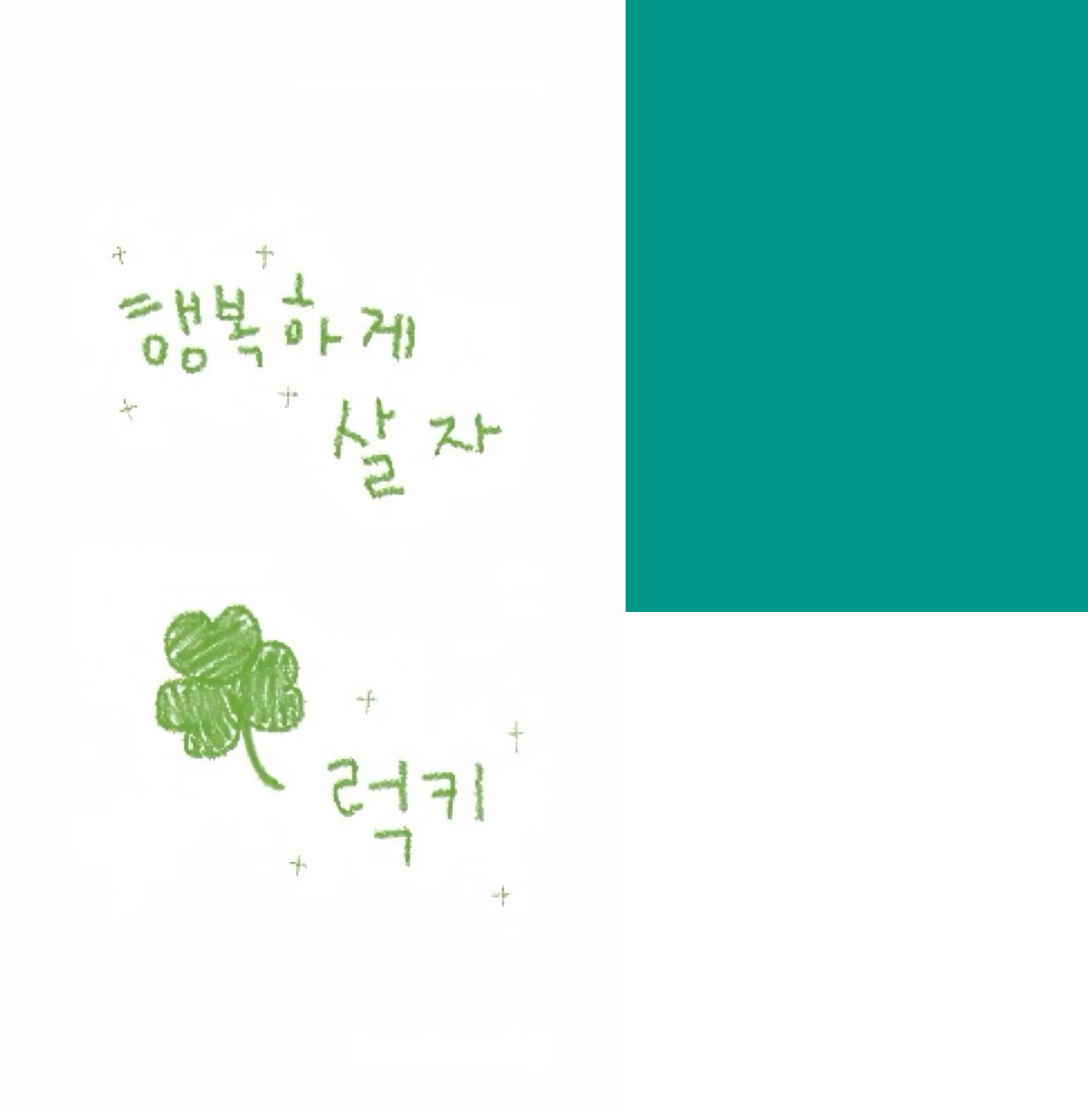
Repository: rwanda95do/bitcamp
Page: FrontProject/src/main/webapp/html/login.html
An editor plug-in stored every save of this project. The page is shown before and after the next save, followed by the edit.
The browser window is 1280 px wide. The pictures show the whole page, at 85% of full size.

Above is the page before, as saved 2024-08-30 07:11:51.

### FrontProject/src/main/webapp/html/login.html
<!DOCTYPE html>
<html lang="en">
<head>
<meta charset="UTF-8">
<meta name="viewport" content="width=device-width, initial-scale=1.0">
<title>Flexbox Layout</title>
<style>
body {
	margin: 0;
	height: 100vh;
	display: flex;
	flex-direction: row;
}

.left, .right {
	flex: 2; /* 두 영역을 동일하게 나눕니다 */
	height: 100%;
}

.left {
	background-color: #f8b400;
}
.left img{
	background-color: #f8b400;
}



.right {
	background-color: #009688;
}

</style>
</head>
<body>
	<div class="left">
		<img alt="" src="../image/login01.jpg">
	</div>
	<div class="right"></div>
</body>
</html>

After the next save:
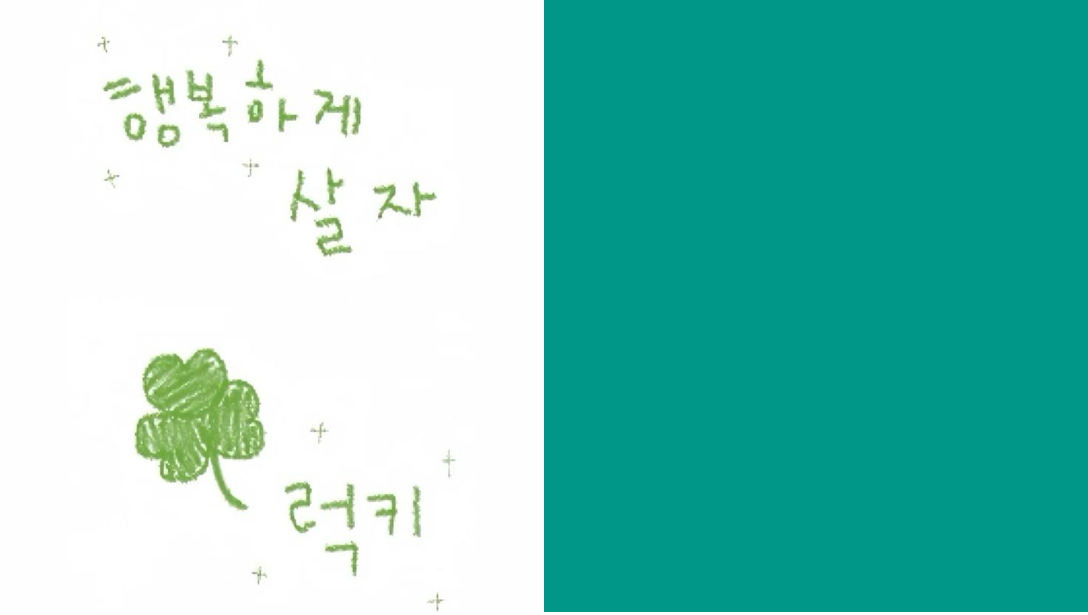
Saved 36 s later.
--- a/FrontProject/src/main/webapp/html/login.html
+++ b/FrontProject/src/main/webapp/html/login.html
@@ -21,7 +21,10 @@
 	background-color: #f8b400;
 }
 .left img{
-	background-color: #f8b400;
+	width: 100%;
+	height: 100%;
+	object-fit: cover;
+
 }
 
 
